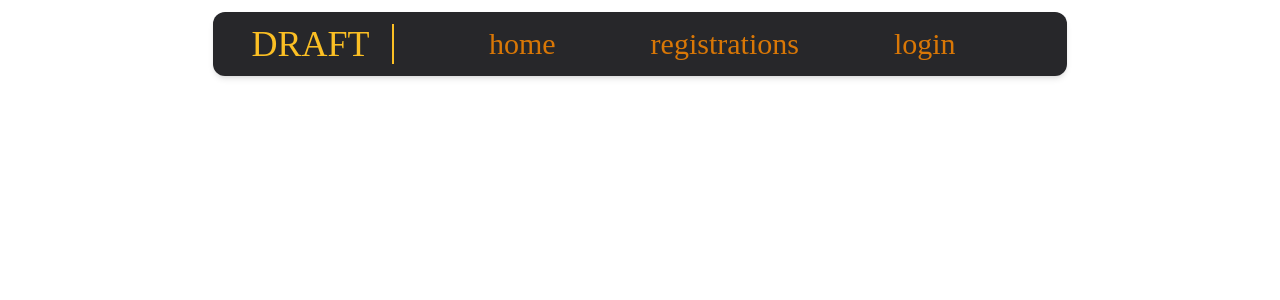
Repository: MehediMim/LeagueCrafter--Online-Auction-Platform-Project
Page: / (app in my-app/)
An editor plug-in stored every save of this project. The page is shown before and after the next save, followed by the edit.
The browser window is 1280 px wide. The pictures show the whole page.
Some web fonts or font styles are not loaded; a fallback is used. The project was rebuilt for these pictures with package versions that can differ from the ones it lists, and the page was loaded fresh each time. Also part of the build but not shown: my-app/vite.config.js, my-app/src/pages/Dashboard.jsx, my-app/src/pages/Login.jsx.

Above is the page before, as saved 2025-05-25 01:30:42.

After the next save:
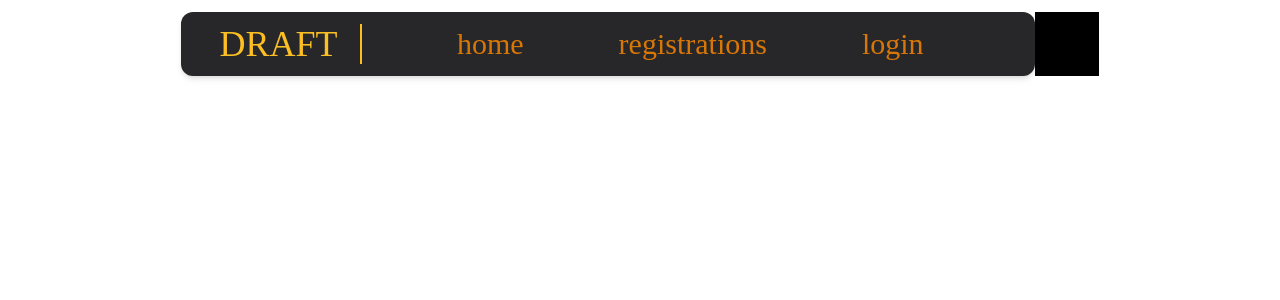
Saved 2 min 35 s later.
--- a/my-app/src/components/Navbar.jsx
+++ b/my-app/src/components/Navbar.jsx
@@ -21,6 +21,9 @@ export default function Navbar(params) {
           </div>
         {/* </div> */}
       </div>
+      <div className=" h-16 w-16 bg-black">
+
+      </div>
     </div>
   )
 };
